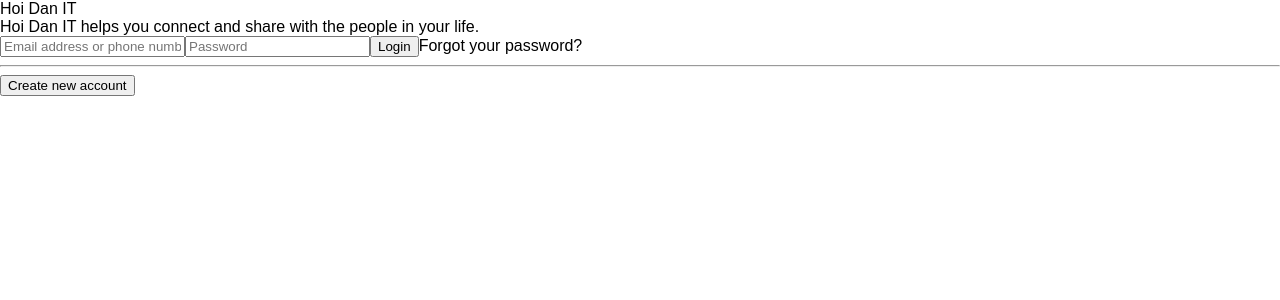
Repository: minhtien9/jwt_Reactjs_Frontend
Page: /login
An editor plug-in stored every save of this project. The page is shown before and after the next save, followed by the edit.
The browser window is 1280 px wide. The pictures show the whole page.
The project was rebuilt for these pictures with package versions that can differ from the ones it lists, and the page was loaded fresh each time. Also part of the build but not shown: src/App.scss, src/components/Navigation/Nav.js.

Above is the page before, as saved 2022-05-23 10:04:01.

After the next save:
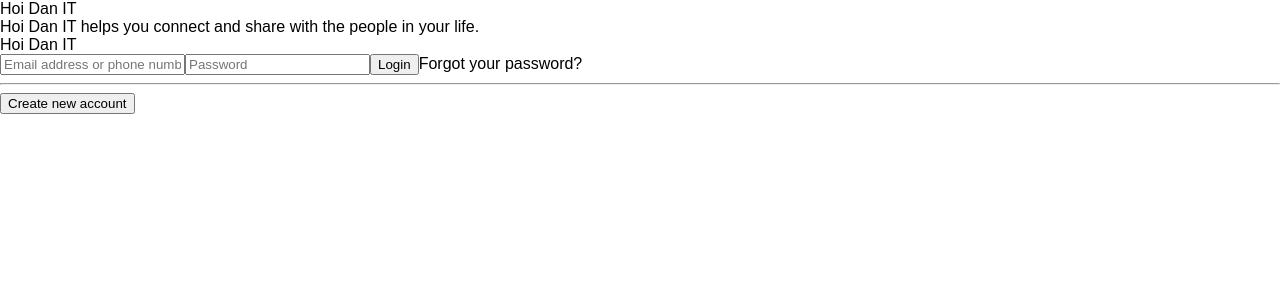
Saved 39 s later.
--- a/src/components/Login/Login.js
+++ b/src/components/Login/Login.js
@@ -13,6 +13,7 @@ const Login = (props) => {
                         </div>
                     </div>
                     <div className='content-right col-sm-5 col-12 d-flex flex-column gap-3 py-3'>
+                        <div className='brand d-sm-none'>Hoi Dan IT</div>
                         <input
                             type='text'
                             className='form-control'
